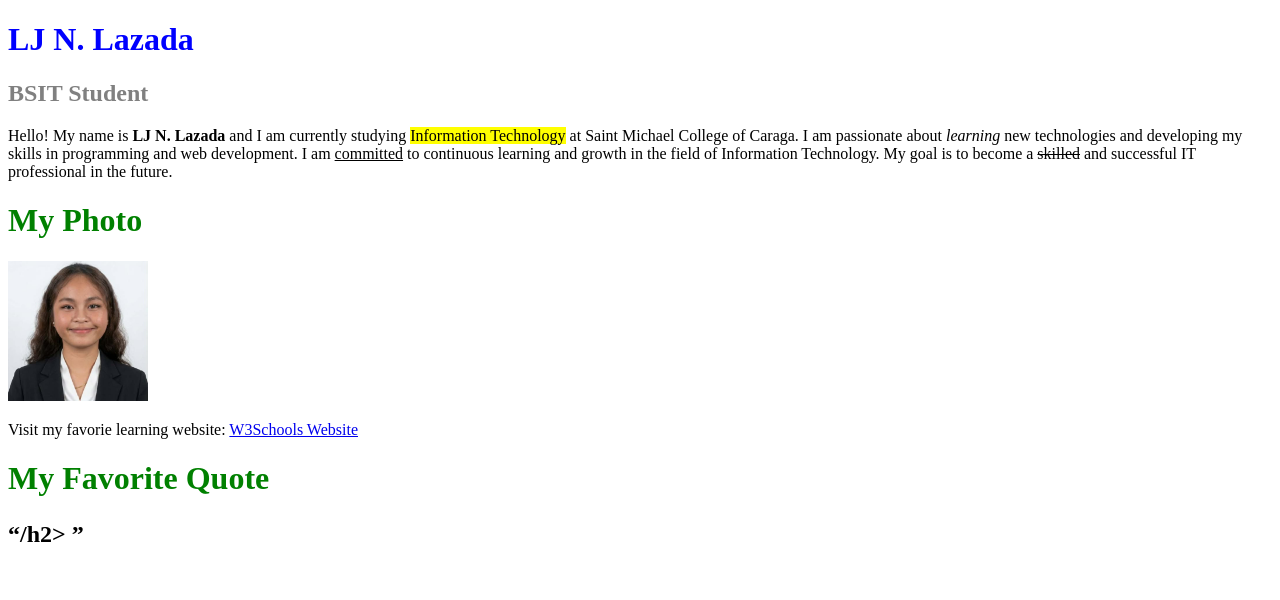
Repository: ljlazada11/myfirsthtml
Page: index.html
An editor plug-in stored every save of this project. The page is shown before and after the next save, followed by the edit.
The browser window is 1280 px wide. The pictures show the whole page.

Above is the page before, as saved 2026-06-24 19:35:53.

After the next save:
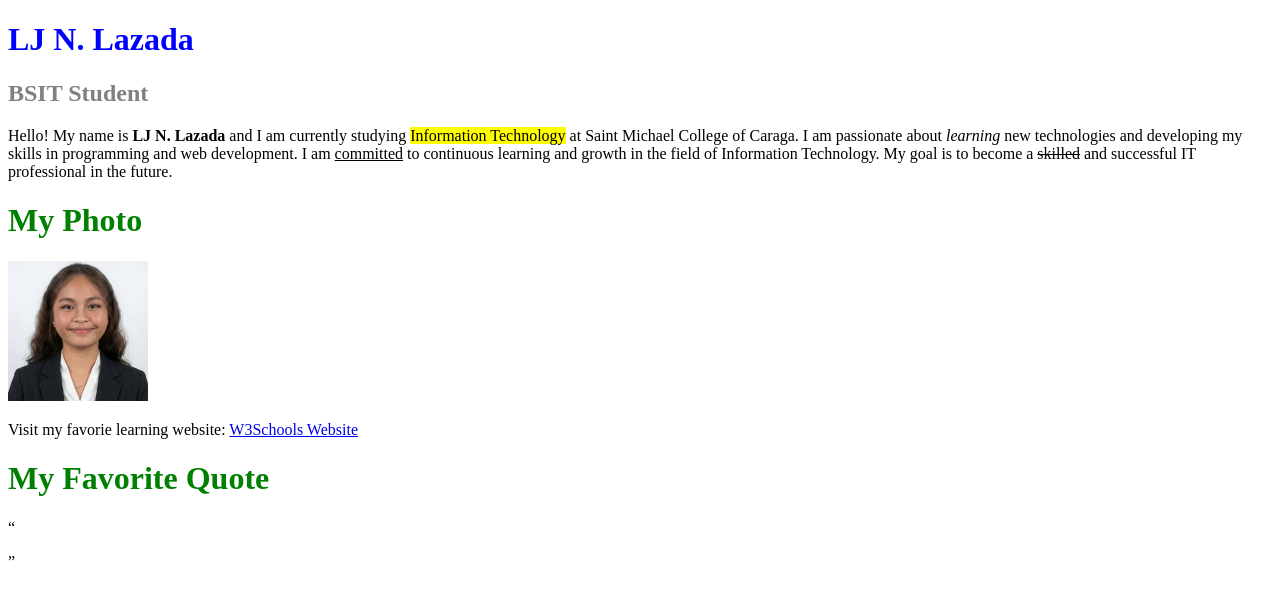
Saved 56 s later.
--- a/index.html
+++ b/index.html
@@ -18,6 +18,6 @@
 
     <body>
     <h1 style="color:green;">My Favorite Quote</h1>
-    <h2><blockquote></blockquote><q>/h2>
+     <p><blockquote></blockquote><q><p></p>
     </body>
 </html>
